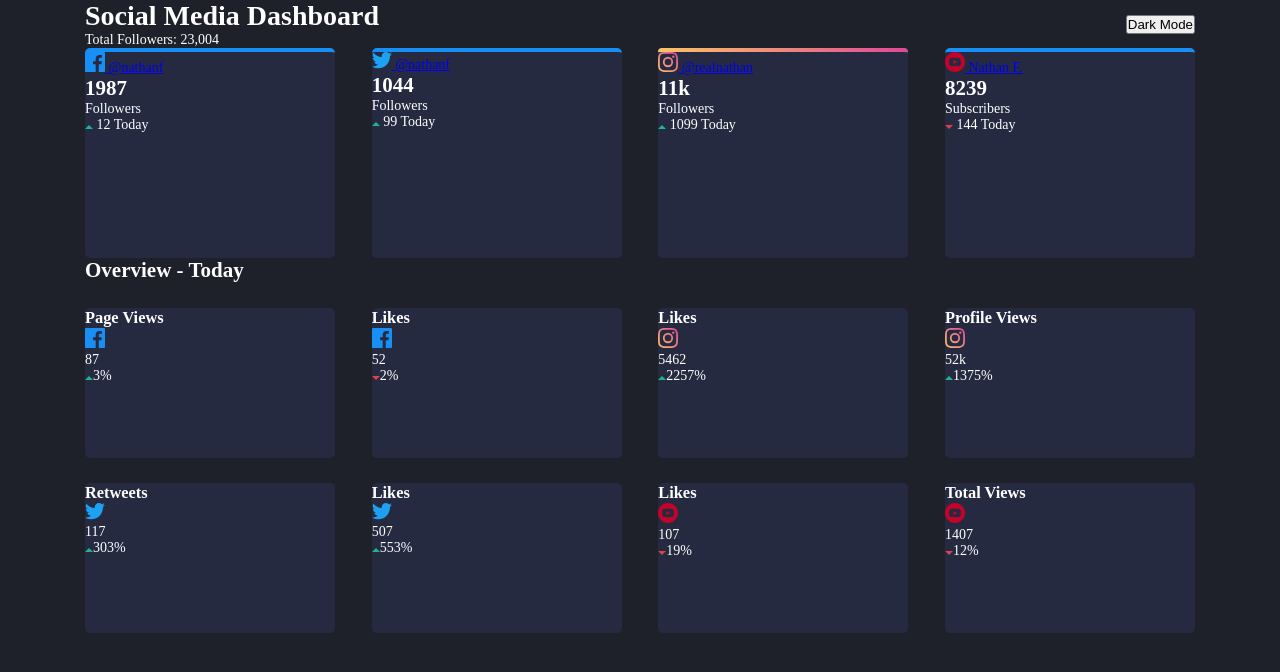
Repository: mamulini/social-media-dashboard-with-theme-switcher-master
Page: index.html
These files come from the project's save history. The page is drawn as it stood at one moment and after the next save; the edit follows.
The browser window is 1280 px wide. The pictures show the whole page.

Above is the page before, as saved 2020-04-06 14:01:40.

After the next save:
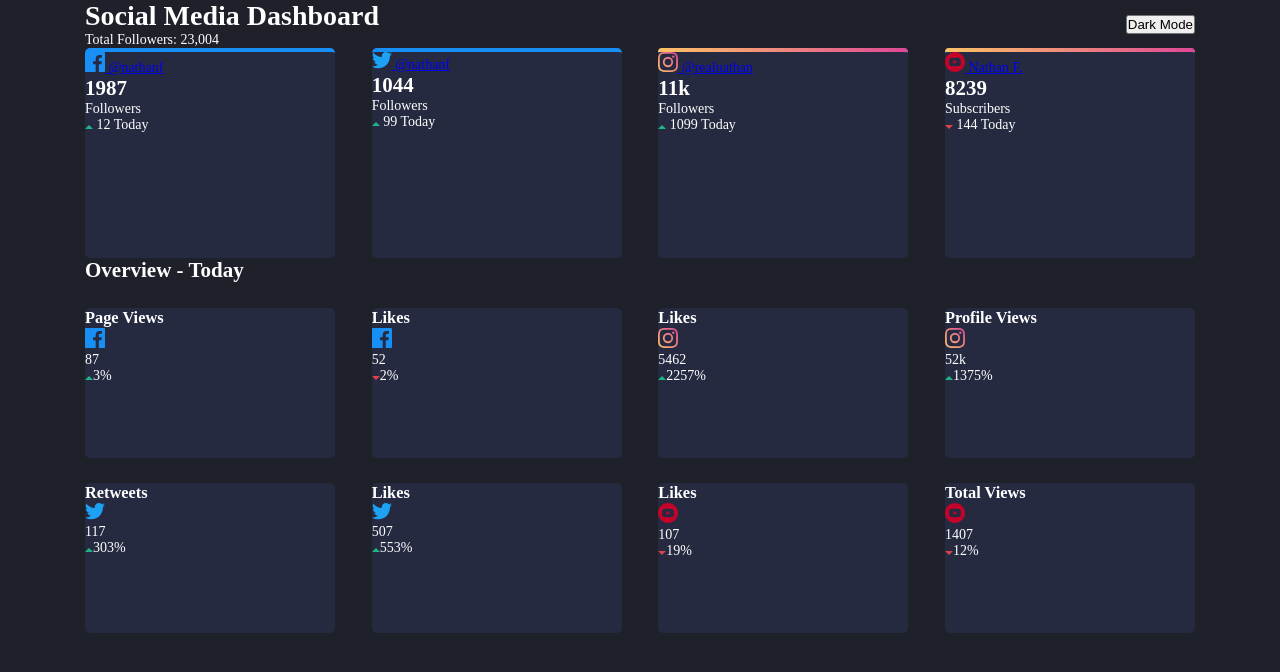
Saved 38 s later.
--- a/css/style.css
+++ b/css/style.css
@@ -47,6 +47,18 @@ body{
     border-radius: 5px 5px 0 0 ;
 }
 
+.folowers--youtube::before{
+    content:'';
+    position:absolute;
+    width:100%;
+    height:4px;
+    background:linear-gradient(to left, #DF4896 0% , #EE877E 50%, #FDC366 100%);
+    top:-4px;
+    left:0;
+    border-radius: 5px 5px 0 0 ;
+
+}
+
 .likes_counter{
     display: flex;
     justify-content: space-between;
